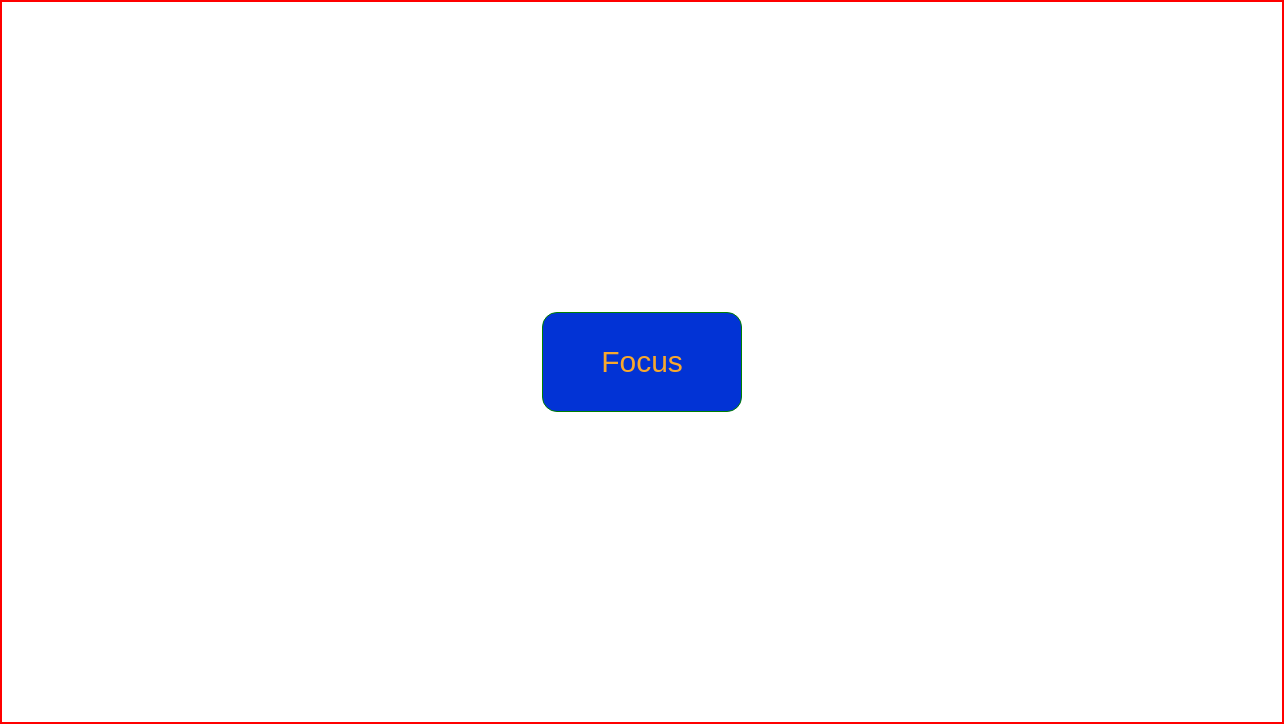
Repository: KrzysKolo/sr_tydzien4_zad5
Page: /
An editor plug-in stored every save of this project. The page is shown before and after the next save, followed by the edit.
The browser window is 1280 px wide. The page is 1284 px wide, so the pictures cover 1284 px, including what lies to the right of the window. The pictures show the whole page.
The project was rebuilt for these pictures with package versions that can differ from the ones it lists, and the page was loaded fresh each time.

Above is the page before, as saved 2020-12-17 14:09:40.

### src/App.js
import React, { Component } from 'react'
import './App.css';
 class App extends Component {
  onClick = () => {
    console.log("Kliknieto");
  }
  constructor(props) {
    super(props);
    this.surnameInput = React.createRef();
  }
  handleFocusClick = () => {
    this.surnameInput.current.style.background = '#345423';
    this.surnameInput.current.style.color = '#f00';
  }
  handleMouseOut = () => {
    this.surnameInput.current.style.background = '#fff';
    this.surnameInput.current.style.color = '#000';
  }
  render() {
    return (
      <div className="App">
        <div >
          <button className="btn" type="button" ref={this.surnameInput} onMouseMove={this.handleFocusClick} onMouseOut={this.handleMouseOut}>Focus</button>
        </div>
      </div>
    )
  }
}
export default App;

### src/App.css
.App {
  width: 100vw;
  height: 100vh;
  display: flex;
  flex-direction: row;
  justify-content: center;
  align-items: center;
  border: 2px solid red;
}
.btn {
  background-color: rgb(2, 51, 213);
  border: 1px solid green;
  border-radius: 15px;
  color: rgb(248, 168, 45);
  font-size: 30px;
  height: 100px;
  width: 200px;
}

Loaded but not shown: public/index.html (common file); src/index.js (common file); src/index.css (common file)

After the next save:
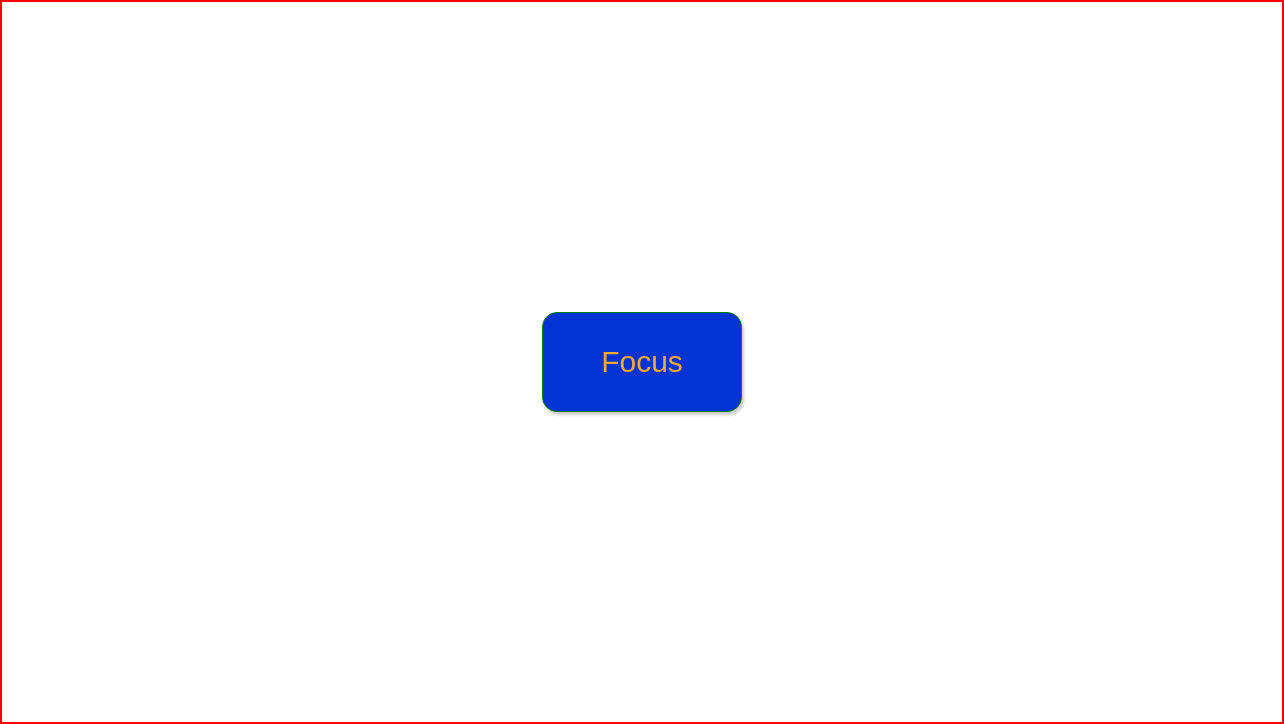
Saved 20 s later.
--- a/src/App.css
+++ b/src/App.css
@@ -11,6 +11,7 @@
   background-color: rgb(2, 51, 213);
   border: 1px solid green;
   border-radius: 15px;
+  box-shadow: 2px 3px 3px #ccc;
   color: rgb(248, 168, 45);
   font-size: 30px;
   height: 100px;
